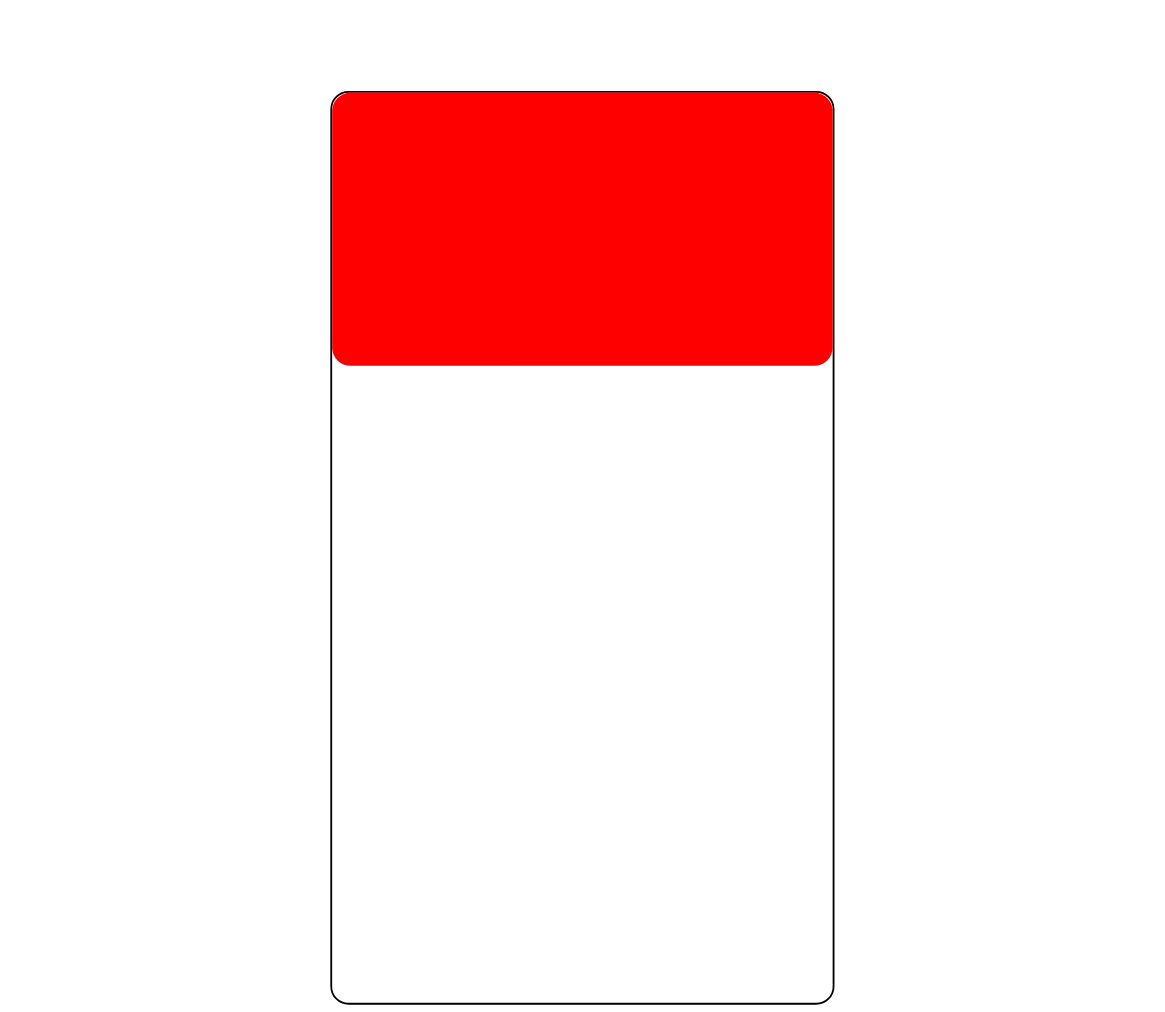
Repository: Jamilsonh/card
Page: /Gyarados
The author's editor kept a copy of each file at every save. The page is drawn from the files as they stood at one save, then again after the next save.
The browser window is 1280 px wide. The pictures show the whole page, at 91% of full size.
The project was rebuilt for these pictures with package versions that can differ from the ones it lists, and the page was loaded fresh each time.

Above is the page before, as saved 2022-04-22 16:58:41.

### src/App.js
import { Card, CardTopo } from "./Styles";

function App() {
  return (
    <>
      <Card>
        <CardTopo>

        </CardTopo>
      </Card>
    </>
  );
}

export default App;

### src/Styles.js
import styled from "styled-components";

export const Card = styled.div`
    width: 550px;
    height: 1000px;
    margin-left: auto;
    margin-right: auto;
    margin-top: 100px;
    border-width: 2px;
    border-style: solid;
    border-radius: 20px;
`

export const CardTopo = styled.div`
    width: 550px;
    height: 300px;
    background-color: red;
    border-radius: 20px;
`

Loaded but not shown: public/index.html (common file); src/index.js (common file)

After the next save:
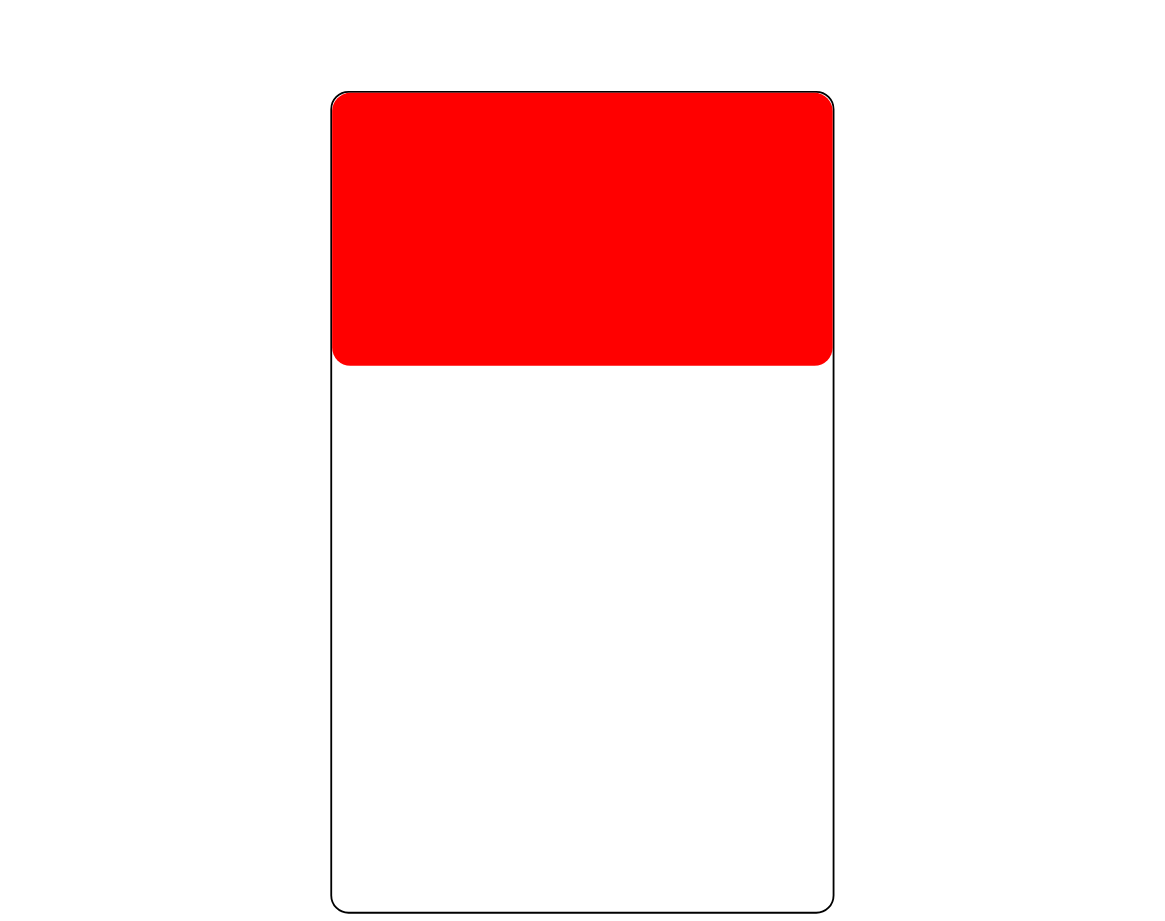
Saved 4 s later.
--- a/src/Styles.js
+++ b/src/Styles.js
@@ -2,7 +2,7 @@
 
 export const Card = styled.div`
     width: 550px;
-    height: 1000px;
+    height: 900px;
     margin-left: auto;
     margin-right: auto;
     margin-top: 100px;
